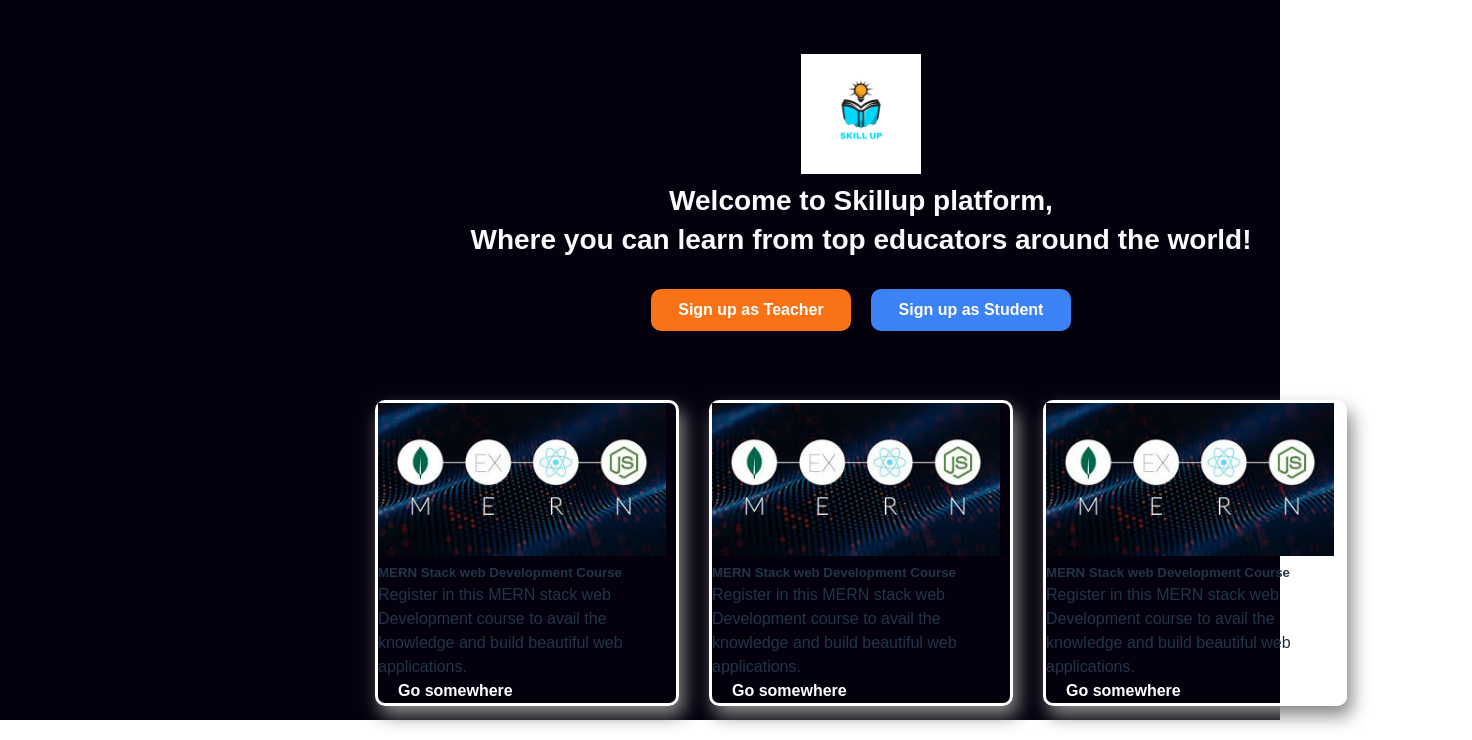
Repository: gowtham-jo/Learning-Management-System
Page: /
An editor plug-in stored every save of this project. The page is shown before and after a run of saves, followed by the edit.
The browser window is 1280 px wide. The page is 1472 px wide, so the pictures cover 1472 px, including what lies to the right of the window. The pictures show the whole page.
The project was rebuilt for these pictures with package versions that can differ from the ones it lists, and the page was loaded fresh each time. Also part of the build but not shown: vite.config.js, src/StudentRegistration.jsx, src/TeacherRegistration.jsx.

Above is the page before, as saved 2026-01-27 20:48:55.

### index.html
<!doctype html>
<html lang="en">
  <head>
    <meta charset="UTF-8" />
    <link rel="icon" type="image/svg+xml" href="/vite.svg" />
    <meta name="viewport" content="width=device-width, initial-scale=1.0" />
    <title>lms</title>
  </head>
  <body>
    <div id="root"></div>
    <script type="module" src="/src/main.jsx"></script>
  </body>
</html>

### src/App.jsx
import React from "react";
import "./App.css";
import Homepage from "./Homepage.jsx";
import { Routes, Route } from "react-router-dom";
import StudentRegistration from "./StudentRegistration.jsx";
import TeacherRegistration from "./TeacherRegistration.jsx";


import { useNavigate } from "react-router-dom";

const App = () => {
  return (
    <Routes>
      <Route path="/" element={<Homepage />} />
      <Route
        path="/student-registration"
        element={<StudentRegistration />}

      />
      <Route path="/teacher-registration" element={<TeacherRegistration />} />
    </Routes>
  );
};

export default App;

### src/index.css
*{
  margin:0;
  padding:0;
  box-sizing: border-box;
}
html,body,#root{
  height:100%;
}
:root {
  font-family: system-ui, Avenir, Helvetica, Arial, sans-serif;
  line-height: 1.5;
  font-weight: 400;

  color-scheme: light dark;
  color: rgba(255, 255, 255, 0.87);
  background-color: #242424;

  font-synthesis: none;
  text-rendering: optimizeLegibility;
  -webkit-font-smoothing: antialiased;
  -moz-osx-font-smoothing: grayscale;
}

a {
  font-weight: 500;
  color: #646cff;
  text-decoration: inherit;
}
a:hover {
  color: #535bf2;
}

body {
  margin: 0;
  display: flex;
  place-items: center;
  min-width: 320px;
  min-height: 100vh;
}

h1 {
  font-size: 3.2em;
  line-height: 1.1;
}

button {
  border-radius: 8px;
  border: 1px solid transparent;
  padding: 0.6em 1.2em;
  font-size: 1em;
  font-weight: 500;
  font-family: inherit;
  background-color: #1a1a1a;
  cursor: pointer;
  transition: border-color 0.25s;
}
button:hover {
  border-color: #646cff;
}
button:focus,
button:focus-visible {
  outline: 4px auto -webkit-focus-ring-color;
}

@media (prefers-color-scheme: light) {
  :root {
    color: #213547;
    background-color: #ffffff;
  }
  a:hover {
    color: #747bff;
  }
  button {
    background-color: #f9f9f9;
  }
}

### src/App.css
body {
  background-color: #05000e;
  font-family: Arial, sans-serif;
}

/* FULL-PAGE CENTERING */
.home-container {
  height: 100%;
  width: 100%;
  margin-top: 20px;
  margin-left:250px;

  display: grid;
  place-items: center; /* PERFECT center (x + y) */
}

/* Inner content wrapper */
.home-content {
  text-align: center;
}

/* Heading */
#heading {
  max-width: 1000px;
  color: #f8fafc;
  font-size: 28px;
  font-weight: 600;
  line-height: 1.4;
  margin-bottom: 30px;
}

/* Buttons */
.buttons {
  display: flex;
  gap: 20px;
  justify-content: center;
}

.btn {
  width: 200px;
  padding: 12px 20px;
  font-size: 16px;
  font-weight: 600;
  color: white;
  border: none;
  border-radius: 10px;
  cursor: pointer;
}

.orange { background-color: #f97316; }
.blue   { background-color: #3b82f6; }
.student-registration{
  display: flex;
  justify-content: center;
  align-items: center;
}
/*student-registration-container styling*/
.page-center {
  display: flex;
  height: 100vh;
  justify-content: center;
  align-items: center;
  width: 100vw;

}
.form-container {
  background-color: black;
  padding: 40px;
  border-radius: 10px;
  box-shadow: 0 4px 6px rgba(0, 0, 0, 0.1);
  width: 400px;
}
.cards {
  display: flex;        /* horizontal layout */
  gap: 30px;              /* space between cards */
  justify-content: center; /* center horizontally */
  align-items:flex-start
        /* responsive (wrap on small screens) */
}

### src/Homepage.jsx
import React from "react";
import { useNavigate } from "react-router-dom";
import Skillup from "../src/assets/Skillup.png";
import mern from "./assets/mern.jpg";

const Homepage = () => {
  const navigate = useNavigate();

  return (
    <div className="home-container">
      <div className="home-content">
        <img src={Skillup} alt="Logo" width="120" />
        <div id="heading">
          Welcome to Skillup platform,
          <br />
          Where you can learn from top educators around the world!
        </div>

        <div className="buttons">
          <button
            className="btn orange"
            onClick={() => navigate("/teacher-registration")}
          >
            Sign up as Teacher
          </button>

          <button
            className="btn blue"
            onClick={() => navigate("/student-registration")}
          >
            Sign up as Student
          </button>

        </div>
      </div>
      <div className="cards">
      <div className="card" style={{ width: "19rem",border:"3px solid white" ,borderRadius:"10px",boxShadow:"5px 10px 18px #888888"}}>
        <img src={mern} className="card-img-top" alt="..."style={{width:"18rem"}} />
          <div className="card-body" style={{ borderRadius: "10px" }}>
            <h5 className="card-title">MERN Stack web Development Course</h5>
            <p className="card-text">Register in this MERN stack web Development course to avail the knowledge and build beautiful web applications.</p>
            <a href="#" className="btn btn-primary">Go somewhere</a>
          </div>

      </div>
       <div className="card" style={{ width: "19rem",border:"3px solid white" ,borderRadius:"10px",boxShadow:"5px 10px 18px #888888"}}>
        <img src={mern} className="card-img-top" alt="..."style={{width:"18rem"}} />
          <div className="card-body" style={{ borderRadius: "10px" }}>
            <h5 className="card-title">MERN Stack web Development Course</h5>
            <p className="card-text">Register in this MERN stack web Development course to avail the knowledge and build beautiful web applications.</p>
            <a href="#" className="btn btn-primary">Go somewhere</a>
          </div>
          </div>
           <div className="card" style={{ width: "19rem",border:"3px solid white" ,borderRadius:"10px",boxShadow:"5px 10px 18px #888888"}}>
        <img src={mern} className="card-img-top" alt="..."style={{width:"18rem"}} />
          <div className="card-body" style={{ borderRadius: "10px" }}>
            <h5 className="card-title">MERN Stack web Development Course</h5>
            <p className="card-text">Register in this MERN stack web Development course to avail the knowledge and build beautiful web applications.</p>
            <a href="#" className="btn btn-primary">Go somewhere</a>
          </div>
          </div>
          </div>
    </div>
  );
};

export default Homepage;

Loaded but not shown: src/main.jsx (common file)

After the next 3 saves:
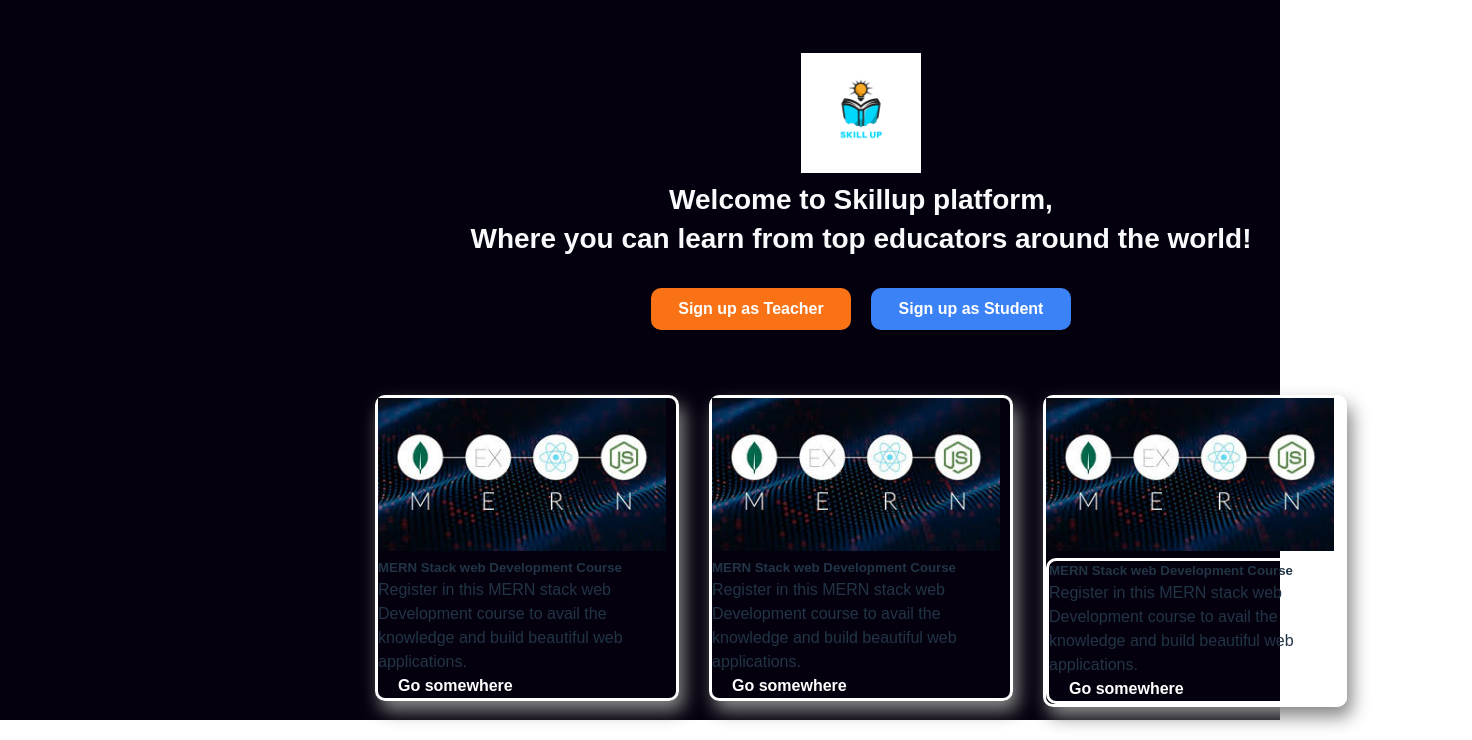
The 3 saves are shown as one change because they came seconds apart.
The last was saved 66 s later.
--- a/src/Homepage.jsx
+++ b/src/Homepage.jsx
@@ -53,7 +53,7 @@ const Homepage = () => {
           </div>
            <div className="card" style={{ width: "19rem",border:"3px solid white" ,borderRadius:"10px",boxShadow:"5px 10px 18px #888888"}}>
         <img src={mern} className="card-img-top" alt="..."style={{width:"18rem"}} />
-          <div className="card-body" style={{ borderRadius: "10px" }}>
+          <div className="card-body" style={{ borderRadius: "10px" ,border:"3px solid white"}}>
             <h5 className="card-title">MERN Stack web Development Course</h5>
             <p className="card-text">Register in this MERN stack web Development course to avail the knowledge and build beautiful web applications.</p>
             <a href="#" className="btn btn-primary">Go somewhere</a>
